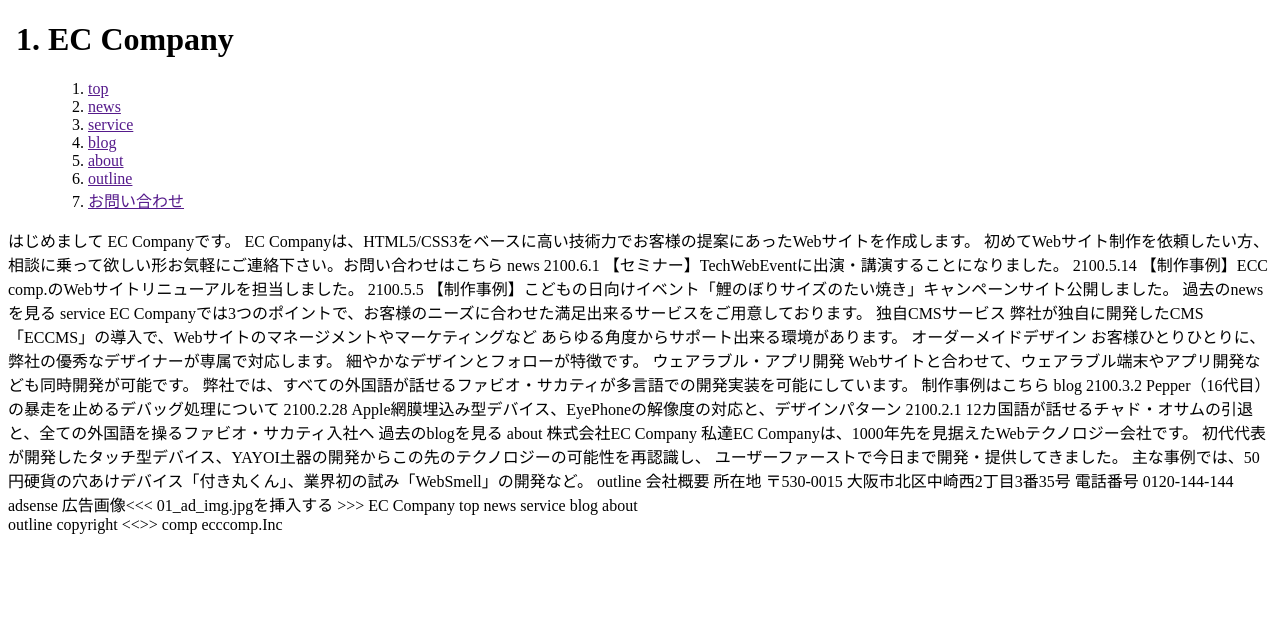
Repository: hsn320/html-practice
Page: html2/work01/work01.html
The author's editor kept a copy of each file at every save. The page is drawn from the files as they stood at one save, then again after the next save.
The browser window is 1280 px wide. The pictures show the whole page.

Above is the page before, as saved 2025-10-01 22:39:44.

### html2/work01/work01.html
<!DOCTYPE html>
<html lang="en">
<head>
    <meta charset="UTF-8">
    <meta name="viewport" content="width=device-width, initial-scale=1.0">
    <title>EC Company</title>
</head>
<body>
    <header>
        <ol>
            <h1><li>EC Company</li></h1>
            <nav>
                <ol>
                    <li><a href="">top</a></li>
                    <li><a href="">news</a></li>
                    <li><a href="">service</a></li>
                    <li><a href="">blog</a></li>
                    <li><a href="">about</a></li>
                    <li><a href="">outline</a></li>
                    <li><a href="">お問い合わせ</a></li>
                </ol>
            </nav>
        </ol>
    </header>
    <main>
    はじめまして EC Companyです。
    EC Companyは、HTML5/CSS3をベースに高い技術力でお客様の提案にあったWebサイトを作成します。 初めてWebサイト制作を依頼したい方、相談に乗って欲しい形お気軽にご連絡下さい。お問い合わせはこちら

    news
    2100.6.1
    【セミナー】TechWebEventに出演・講演することになりました。
    2100.5.14
    【制作事例】ECC comp.のWebサイトリニューアルを担当しました。
    2100.5.5
    【制作事例】こどもの日向けイベント「鯉のぼりサイズのたい焼き」キャンペーンサイト公開しました。

    過去のnewsを見る

    service
    EC Companyでは3つのポイントで、お客様のニーズに合わせた満足出来るサービスをご用意しております。
    独自CMSサービス

    弊社が独自に開発したCMS「ECCMS」の導入で、Webサイトのマネージメントやマーケティングなど あらゆる角度からサポート出来る環境があります。
    オーダーメイドデザイン

    お客様ひとりひとりに、弊社の優秀なデザイナーが専属で対応します。 細やかなデザインとフォローが特徴です。
    ウェアラブル・アプリ開発

    Webサイトと合わせて、ウェアラブル端末やアプリ開発なども同時開発が可能です。 弊社では、すべての外国語が話せるファビオ・サカティが多言語での開発実装を可能にしています。

    制作事例はこちら

    blog
    2100.3.2
    Pepper（16代目）の暴走を止めるデバッグ処理について
    2100.2.28
    Apple網膜埋込み型デバイス、EyePhoneの解像度の対応と、デザインパターン
    2100.2.1
    12カ国語が話せるチャド・オサムの引退と、全ての外国語を操るファビオ・サカティ入社へ

    過去のblogを見る

    about
    株式会社EC Company

    私達EC Companyは、1000年先を見据えたWebテクノロジー会社です。 初代代表が開発したタッチ型デバイス、YAYOI土器の開発からこの先のテクノロジーの可能性を再認識し、 ユーザーファーストで今日まで開発・提供してきました。 主な事例では、50円硬貨の穴あけデバイス「付き丸くん」、業界初の試み「WebSmell」の開発など。

    outline
    会社概要
    所在地
    〒530-0015 大阪市北区中崎西2丁目3番35号
    電話番号
    0120-144-144

    adsense
    広告画像<<< 01_ad_img.jpgを挿入する >>>

    EC Company
    top
    news
    service
    blog
    about
    </main>
outline

copyright <<<copyrightマークに差し替え>>> comp ecccomp.Inc
</body>
</html>

After the next save:
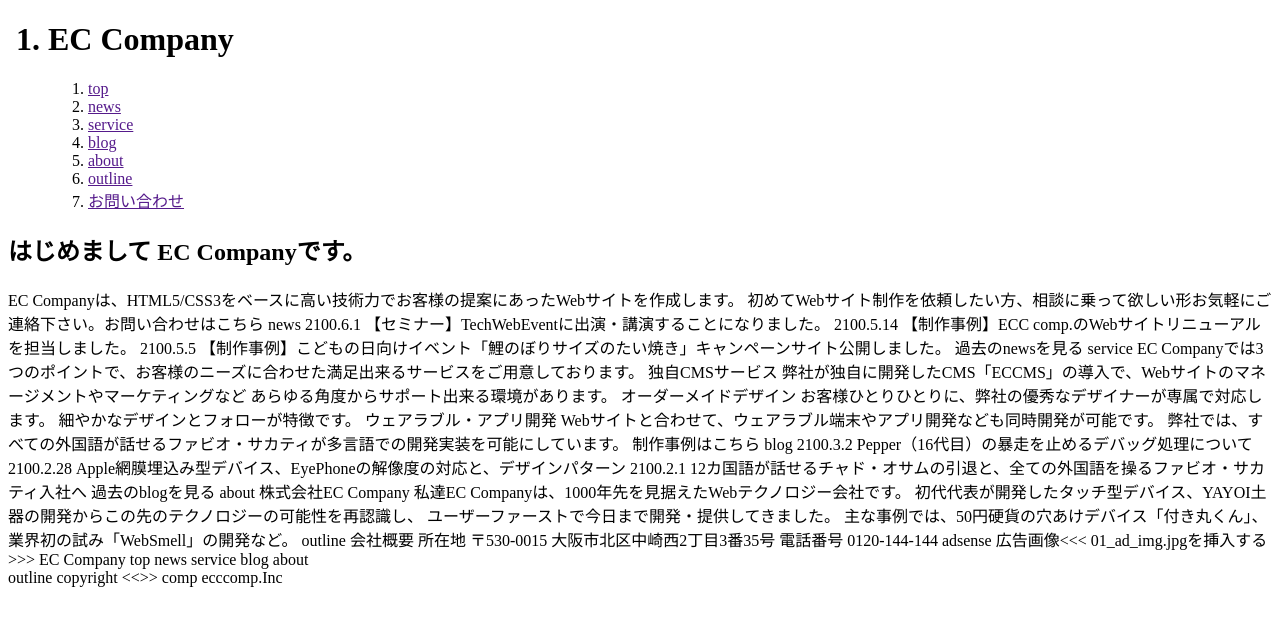
Saved 26 s later.
--- a/html2/work01/work01.html
+++ b/html2/work01/work01.html
@@ -23,7 +23,7 @@
         </ol>
     </header>
     <main>
-    はじめまして EC Companyです。
+    <h2>はじめまして EC Companyです。</h2>
     EC Companyは、HTML5/CSS3をベースに高い技術力でお客様の提案にあったWebサイトを作成します。 初めてWebサイト制作を依頼したい方、相談に乗って欲しい形お気軽にご連絡下さい。お問い合わせはこちら
 
     news
